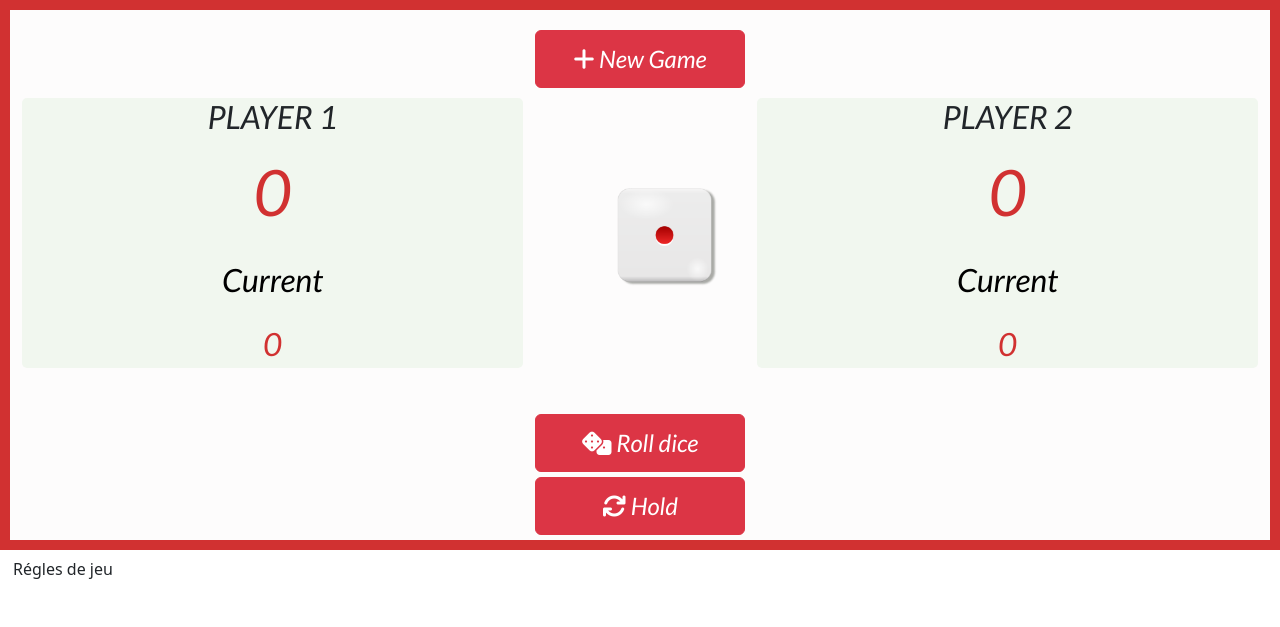
Repository: haifabilel/Eval_JAVASCRIPT
Page: index.html
The author's editor kept a copy of each file at every save. The page is drawn from the files as they stood at one save, then again after the next save.
The browser window is 1280 px wide. The pictures show the whole page.
Some web libraries are served in a nearby version.

Above is the page before, as saved 2023-06-06 17:59:24.

After the next save:
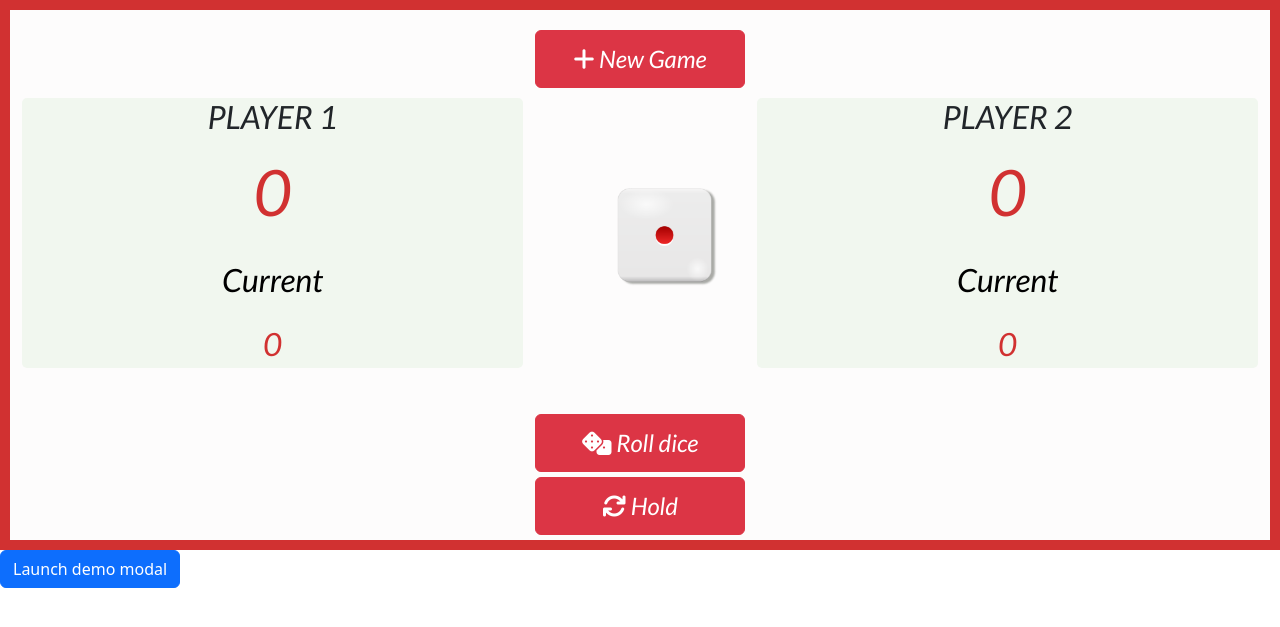
Saved 4 min 47 s later.
--- a/index.html
+++ b/index.html
@@ -57,27 +57,31 @@
         <button class="btn btn_hold btn-danger"><i class="fa-solid fa-arrows-rotate"></i> Hold</button>
     </div>
     </div>
-    <button  type="button" class="btn " data-bs-toggle="modal" data-bs-target="#RégleJeu" >Régles de jeu </button>
+   <!-- Button trigger modal -->
+<button type="button" class="btn btn-primary" data-toggle="modal" data-target="#exampleModal">
+    Launch demo modal
+  </button>
 
-    <div class="modal" tabindex="-1" role="dialog " id="RégleJeu">
-        <div class="modal-dialog" role="document">
-          <div class="modal-content">
-            <div class="modal-header">
-              <h5 class="modal-title">Modal title</h5>
-              <button type="button" class="close" data-dismiss="modal" aria-label="Close">
-                <span aria-hidden="true">&times;</span>
-              </button>
-            </div>
-            <div class="modal-body">
-              <p>Modal body text goes here.</p>
-            </div>
-            <div class="modal-footer">
-              <button type="button" class="btn btn-primary">Save changes</button>
-              <button type="button" class="btn btn-secondary" data-dismiss="modal">Close</button>
-            </div>
-          </div>
+  <!-- Modal -->
+  <div class="modal fade" id="exampleModal" tabindex="-1" role="dialog" aria-labelledby="exampleModalLabel" aria-hidden="true">
+    <div class="modal-dialog" role="document">
+      <div class="modal-content">
+        <div class="modal-header">
+          <h5 class="modal-title" id="exampleModalLabel">Modal title</h5>
+          <button type="button" class="close" data-dismiss="modal" aria-label="Close">
+            <span aria-hidden="true">&times;</span>
+          </button>
+        </div>
+        <div class="modal-body">
+          ...
+        </div>
+        <div class="modal-footer">
+          <button type="button" class="btn btn-secondary" data-dismiss="modal">Close</button>
+          <button type="button" class="btn btn-primary">Save changes</button>
         </div>
       </div>
+    </div>
+  </div>
 
 
     <script src="https://code.jquery.com/jquery-3.5.1.slim.min.js" integrity="sha384-DfXdz2htPH0lsSSs5nCTpuj/zy4C+OGpamoFVy38MVBnE+IbbVYUew+OrCXaRkfj" crossorigin="anonymous"></script>
